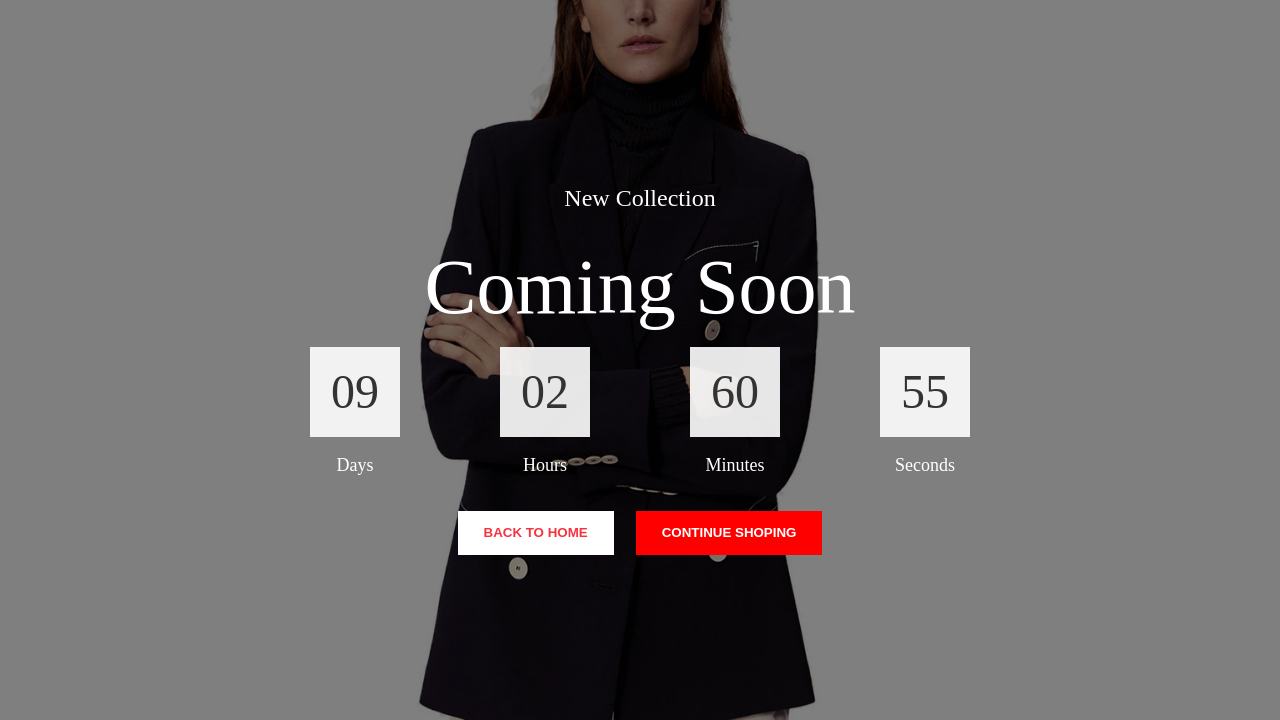
Repository: ST-United-Internship/Modaz-4life
Page: comingsoon&FAQ/coming-soon.html
These files come from the project's save history. The page is drawn as it stood at one moment and after a run of saves; the edit follows.
The browser window is 1280 px wide. The pictures show the whole page.

Above is the page before, as saved 2023-03-22 17:21:47.

### comingsoon&FAQ/coming-soon.html


<!DOCTYPE html>
<html lang="en">
<head>
    <meta charset="UTF-8">
    <meta http-equiv="X-UA-Compatible" content="IE=edge">
    <meta name="viewport" content="width=device-width, initial-scale=1.0">
    <link rel="stylesheet" type="text/css" href="css/comming-soon.css">
    <!-- <link href="https://cdn.jsdelivr.net/npm/bootstrap@5.3.0-alpha1/dist/css/bootstrap.min.css" rel="stylesheet" integrity="sha384-GLhlTQ8iRABdZLl6O3oVMWSktQOp6b7In1Zl3/Jr59b6EGGoI1aFkw7cmDA6j6gD" crossorigin="anonymous"> -->
    <title>Document</title>
</head>
<body>
    <section class="my-container">
        <img src="Assets/Images/bg-parallax2.jpg" alt="">
        <header>New Collection</header>
        <p>Coming Soon</p>
        <div class="time-titles">
            <div class="time days">
                <span class="number"></span>
                <span class="title-text">Days</span>
            </div>
            <div class="time hours">
                <span class="number"></span>
                <span class="title-text">Hours</span>
            </div>
            <div class="time minutes">
                <span class="number">09</span>
                <span class="title-text">Minutes</span>
            </div>
            <div class="time seconds">
                <span class="number">09</span>
                <span class="title-text">Seconds</span>
            </div>
        </div>
        <div class="flat-button">
            <button type="button" class="bg-white">BACK TO HOME</button>
            <button type="button" class="bg-black">CONTINUE SHOPING</button>
            </div>
       </section>
    </section>

    <script src="./javaScript/ScriptTime.js"></script>
    <!-- <script src="https://cdn.jsdelivr.net/npm/@popperjs/core@2.11.6/dist/umd/popper.min.js" integrity="sha384-oBqDVmMz9ATKxIep9tiCxS/Z9fNfEXiDAYTujMAeBAsjFuCZSmKbSSUnQlmh/jp3" crossorigin="anonymous"></script>
    <script src="https://cdn.jsdelivr.net/npm/bootstrap@5.3.0-alpha1/dist/js/bootstrap.min.js" integrity="sha384-mQ93GR66B00ZXjt0YO5KlohRA5SY2XofN4zfuZxLkoj1gXtW8ANNCe9d5Y3eG5eD" crossorigin="anonymous"></script> -->
</body>
</html>

### comingsoon&FAQ/css/comming-soon.css
*{
    margin: 0;
    padding: 0;
    box-sizing: border-box;

}
.my-container{
    height: 100vh;
    row-gap: 15px;
    width: 100%;
    display: flex;
    justify-content: center;
    flex-direction: column;
    overflow: hidden;
    align-items: center;
    background-color: rgb(0, 0, 0,.5);
        background-position: 50% 62px;
}

.my-container img{
    position: absolute;
    height: 100%;
    width: 100%;
    object-fit: cover;
    z-index: -1;

}

.my-container header{
    line-height: 58px;
    color: #fff;
    font-size: 24px;
}

.my-container p{
    color: #fff;
    font-size: 78px;
    line-height: 90px;
    font-weight: 500;
}

.my-container .time-titles{
    display: flex;
    column-gap: 30px;
}

.time-titles .time{
    display: flex;
    align-items: center;
    flex-direction: column;
}

.time .number{
    font-size: 48px;
    font-weight: 500;
    line-height: 90px;
    color: #333;
    width: 90px;
    height: 90px;
    background: rgba(255,255,255,.9);
    text-align: center;
    margin: 0 35px 18px;
    text-transform: capitalize;
}

.time .title-text{
    color: #fff;
}

.time .title-text{
    font-size: 18px;
    text-transform: capitalize;
}

.flat-button{
    /* position: relative;
    max-width: 360px;
    width: 100%; */
    height: 40px;
    margin-top: 20px;

}

.flat-button .bg-white{
    padding: 7px 26px;
    font-weight: 700;
    line-height: 30px;
    text-transform: uppercase;
    margin: 0 9px;
    color: #f63440;
    position: relative;
    background-size: 200% 100%;
    background-image: linear-gradient(to right, white 50%, #333 50%);
    transition: all 0.3s ease-in-out;
    border: none;
}
.flat-button .bg-black{
    padding: 7px 26px;
    font-weight: 700;
    line-height: 30px;
    text-transform: uppercase;
    margin: 0 9px;
    color: #fff;
    background-color: #f63440;
    position: relative;
    background-size: 200% 100%;
    background-image: linear-gradient(to right, red 50%, #333 50%);
    transition: all 0.3s ease-in-out;
    border: none;

}


  .bg-white:hover {
    color: white;
    background-position: -100% 0%;
  }


  .bg-black:hover {
    color: white;
    background-position: -100% 0%;
  }











@media only screen and (max-width: 500px){
    .time .number{
        font-size: 30px;
        width: 75px;
        height: 75px;
        margin: 0 20px 5px;
    }
    .flat-button .bg-white{
        padding: 0 0px;
        margin: 0 0px;
    }
    .flat-button .bg-black{
        padding: 0 0px;
        margin: 0 0px;
    }
    .my-container p{
        font-size: 40px;
    }
}


@media only screen and (max-width: 665px) {
    .my-container .time-titles{
        display: inline-block;
    }
}

### comingsoon&FAQ/javaScript/ScriptTime.js
const seconds = document.querySelector(".seconds .number");
const minutes = document.querySelector(".minutes .number");
const hours = document.querySelector(".hours .number");
const days = document.querySelector(".days .number");


let secvalues = 60,
    minvalues = 60,
    houvalues = 2,
    dayvalues = 9;

const timeFunc = setInterval(()=>{
    secvalues--;
    if (secvalues === 0) {
        minvalues--
        secvalues = 60;
    }
    if (minvalues === 0) {
        houvalues--
        minvalues = 60;
    }
    if (houvalues === 0) {
        dayvalues--
        houvalues = 60;
    }
    if (dayvalues === 0) {
        clearInterval(timeFunc)
    }
    seconds.textContent = secvalues < 10 ? `0${secvalues}` : secvalues;
    minutes.textContent = minvalues < 10 ? `0${minvalues}` : minvalues;
    hours.textContent = houvalues < 10 ? `0${houvalues}` : houvalues;
    days.textContent = dayvalues < 10 ? `0${dayvalues}` : dayvalues;
    minvalues.textContent = minvalues;
},1000)

### css/common.css
.my-container {
  width: 80%;
  margin: auto;
}

*,
*::before,
*::after {
  box-sizing: border-box;
}

/*Ipad ngang(1024 x 768)*/
@media screen and (max-width: 1024px) {
  .my-container {
    width: 75%;
  }
}

/*Ipad dọc(768 x 1024)*/
@media screen and (max-width: 768px) {
  .my-container {
    width: 85%;
  }
}

/*Tablet nhỏ(480 x 640)*/
@media screen and (max-width: 480px) {
  .my-container {
    width: 95%;
  }
}
/*Iphone(480 x 640)*/
@media screen and (max-width: 320px) {
  .my-container {
    width: 95%;
  }
}
/*Smart phone nhỏ*/
@media screen and (max-width: 240px) {
  .my-container {
    width: 95%;
  }
}
/* Smart watch */
@media screen and (max-width: 240px) {
  .my-container {
    width: 100%;
  }
  body {
    margin: 0;
  }
}

After the next 7 saves:
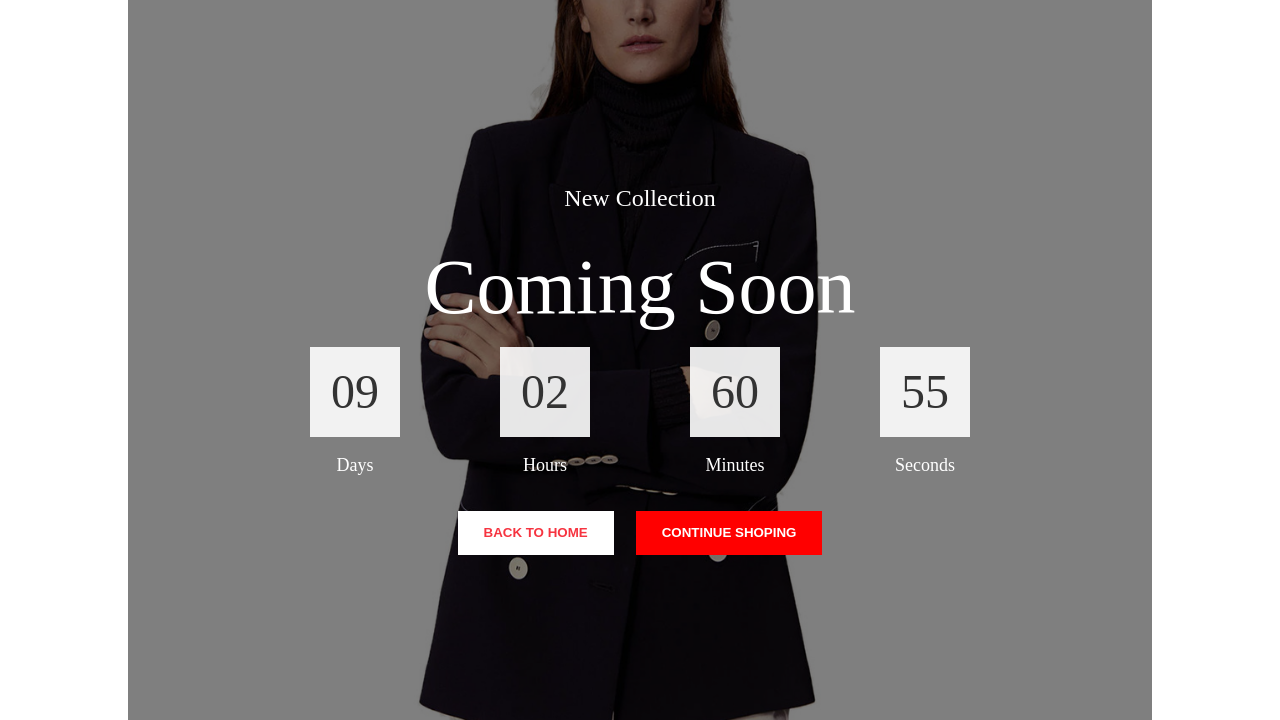
The 7 saves are shown as one change because they came seconds apart.
The last was saved 3 min 13 s later.
--- a/comingsoon&FAQ/coming-soon.html
+++ b/comingsoon&FAQ/coming-soon.html
@@ -7,6 +7,7 @@
     <meta http-equiv="X-UA-Compatible" content="IE=edge">
     <meta name="viewport" content="width=device-width, initial-scale=1.0">
     <link rel="stylesheet" type="text/css" href="css/comming-soon.css">
+    <link rel="stylesheet" type="text/css" href="../css/common.css">
     <!-- <link href="https://cdn.jsdelivr.net/npm/bootstrap@5.3.0-alpha1/dist/css/bootstrap.min.css" rel="stylesheet" integrity="sha384-GLhlTQ8iRABdZLl6O3oVMWSktQOp6b7In1Zl3/Jr59b6EGGoI1aFkw7cmDA6j6gD" crossorigin="anonymous"> -->
     <title>Document</title>
 </head>
